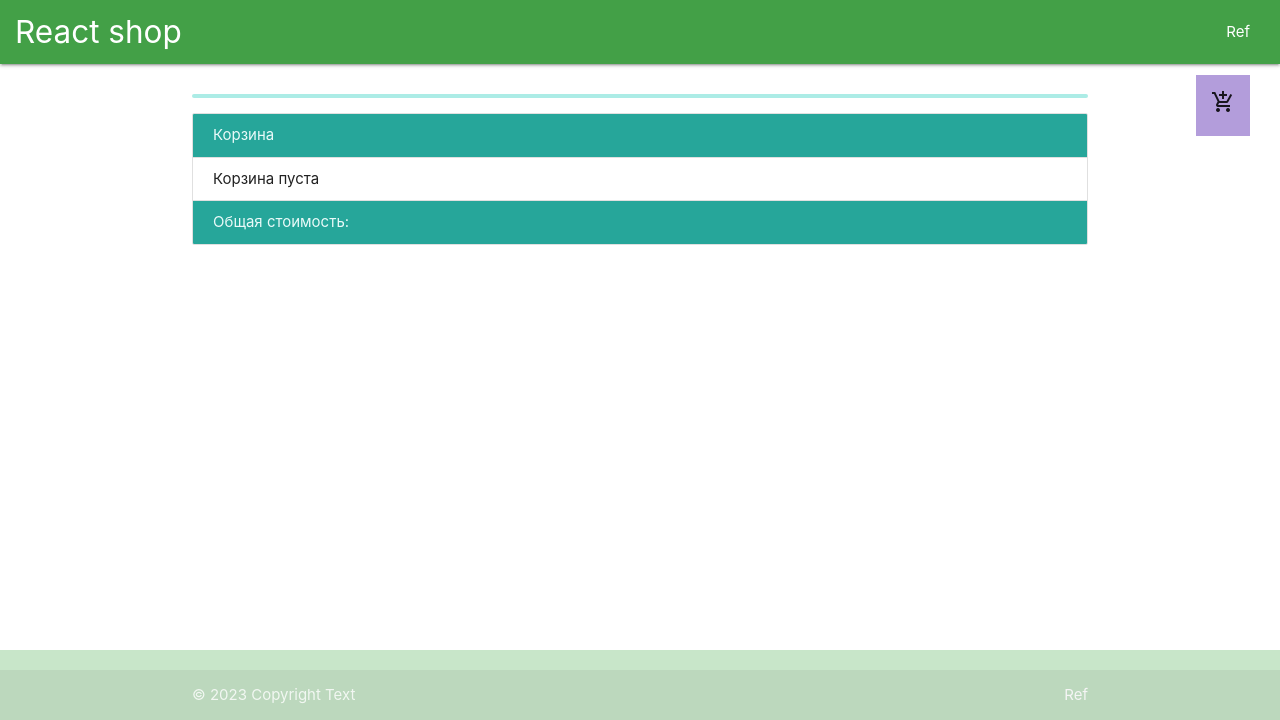
Repository: qui-qui-qui/online-shop
Page: /, after clicking the first element matching `div.cart`
These files come from the project's save history. The page is drawn as it stood at one moment and after the next save; the edit follows.
The browser window is 1280 px wide. The pictures show the whole page.
The page's requests for data from a server got no answer. The project was rebuilt for these pictures with package versions that can differ from the ones it lists, and the page was loaded fresh each time. No one was signed in, and anything a server would have sent is missing. Also part of the build but not shown: src/components/GoodsItem.jsx, src/components/GoodsList.jsx, src/components/BasketItem.jsx.

Above is the page before, as saved 2023-01-07 17:41:48.

After the next save:
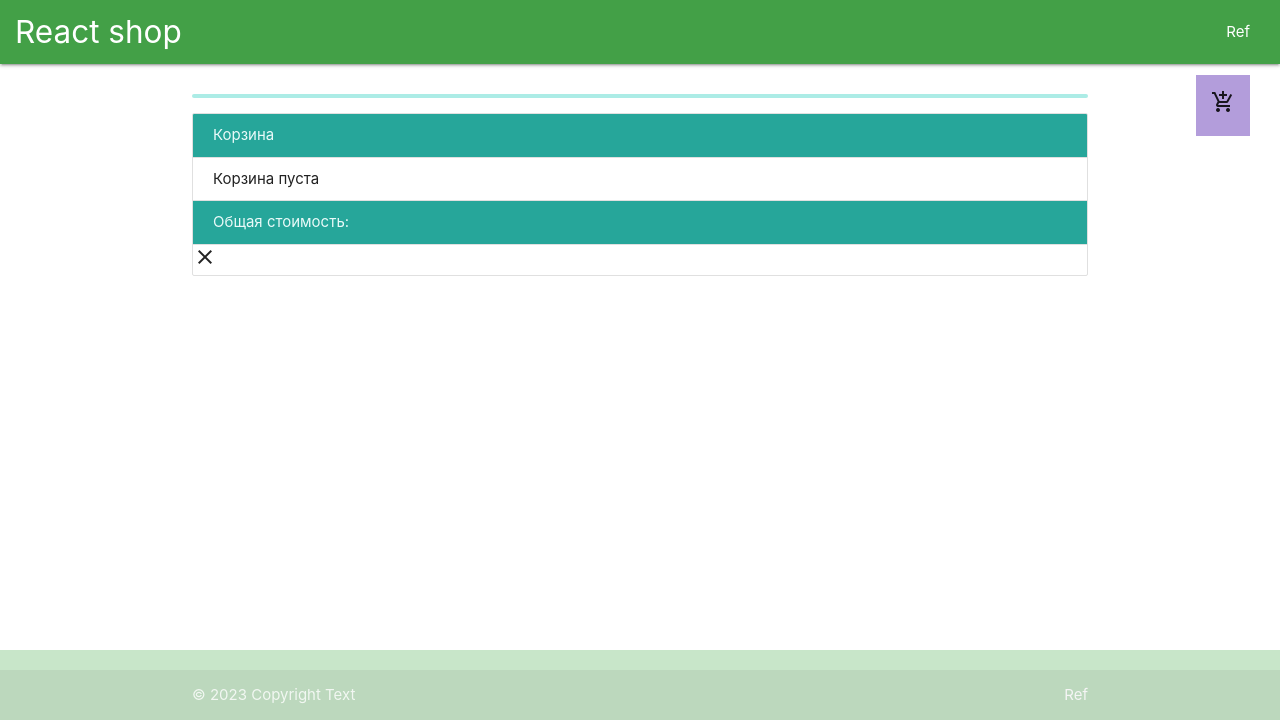
Saved 98 s later.
--- a/src/components/BasketList.jsx
+++ b/src/components/BasketList.jsx
@@ -12,6 +12,7 @@ function BasketList(props) {
         <li class="collection-item">Корзина пуста</li>
       )}
       <li class="collection-item active">Общая стоимость:</li>
+      <i className="material-icons basket-close" onClick={handleBasketShow}>close</i>
     </ul>
   );
 }
